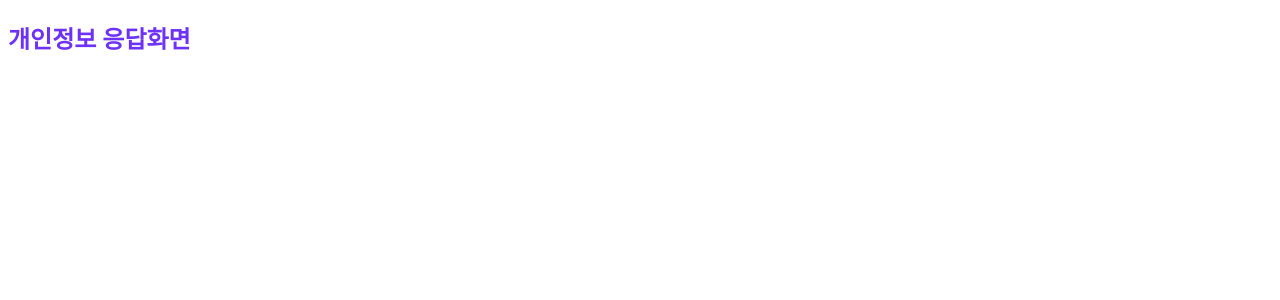
Repository: DonghwanSon1/StudyAndSubwayStore
Page: http://localhost/1_Servlet/view/responsePage.jsp
These files come from the project's save history. The page is drawn as it stood at one moment and after the next save; the edit follows.
The browser window is 1280 px wide. The pictures show the whole page.
The page is served by Tomcat 9. Other server files are loaded and not shown.

Above is the page before, as saved 2022-06-02 02:39:24.

### 1_Servlet/WebContent/view/responsePage.jsp
<%@ page language="java" contentType="text/html; charset=UTF-8"
    pageEncoding="UTF-8"%>
<!DOCTYPE html>
<html>
<head>
<meta charset="UTF-8">
<title>개인정보 응답화면</title>
<style>
    h2{color: rgb(109, 49, 248);}
    span{font-weight: bold;}
    #name{color: gold;}
    #age{color: rgb(246, 111, 111);}
    #city{color:aqua}
    #height{color: rgb(199, 40, 12);}
    #gender{color: aquamarine;}
    li{color: indianred;}
</style>
</head>
<body>

    <h2>개인정보 응답화면</h2>















</body>
</html>

After the next save:
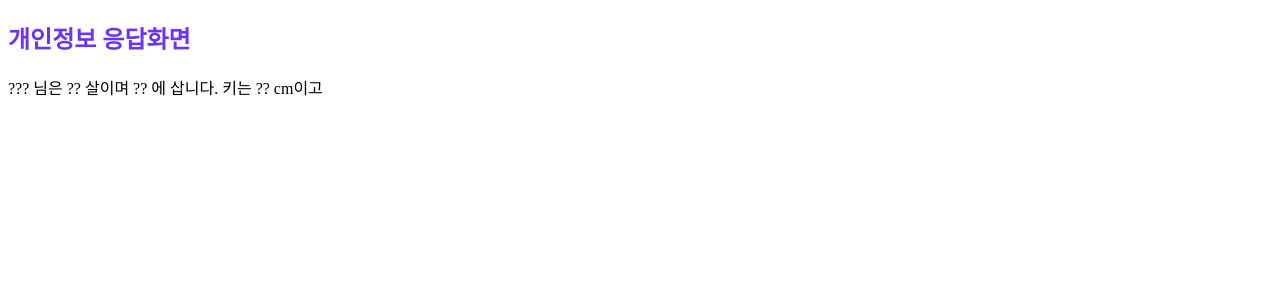
Saved 91 s later.
--- a/1_Servlet/WebContent/view/responsePage.jsp
+++ b/1_Servlet/WebContent/view/responsePage.jsp
@@ -20,7 +20,10 @@
 
     <h2>개인정보 응답화면</h2>
 
-
+    ??? 님은
+    ?? 살이며
+    ?? 에 삽니다.
+    키는 ?? cm이고
 
 
 
